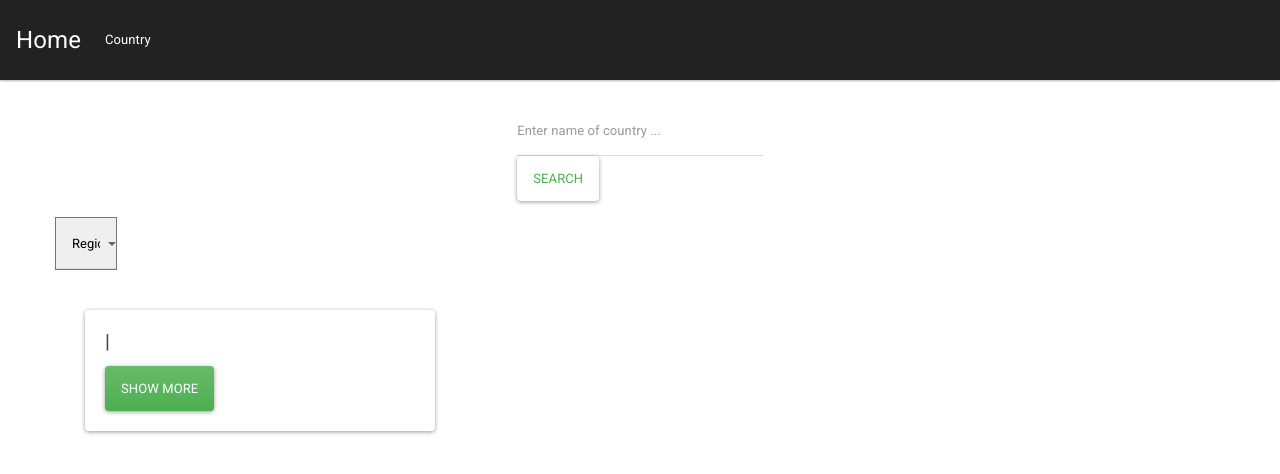
Repository: abdelhak-f/Countries_React
Page: / (app in client/)
These files come from the project's save history. The page is drawn as it stood at one moment and after the next save; the edit follows.
The browser window is 1280 px wide. The pictures show the whole page.
The page's requests for data from a server got no answer. The project was rebuilt for these pictures with package versions that can differ from the ones it lists, and the page was loaded fresh each time. No one was signed in, and anything a server would have sent is missing. Also part of the build but not shown: client/src/components/countrys/ProfilCountry.jsx.

Above is the page before, as saved 2021-05-12 10:45:10.

After the next save:
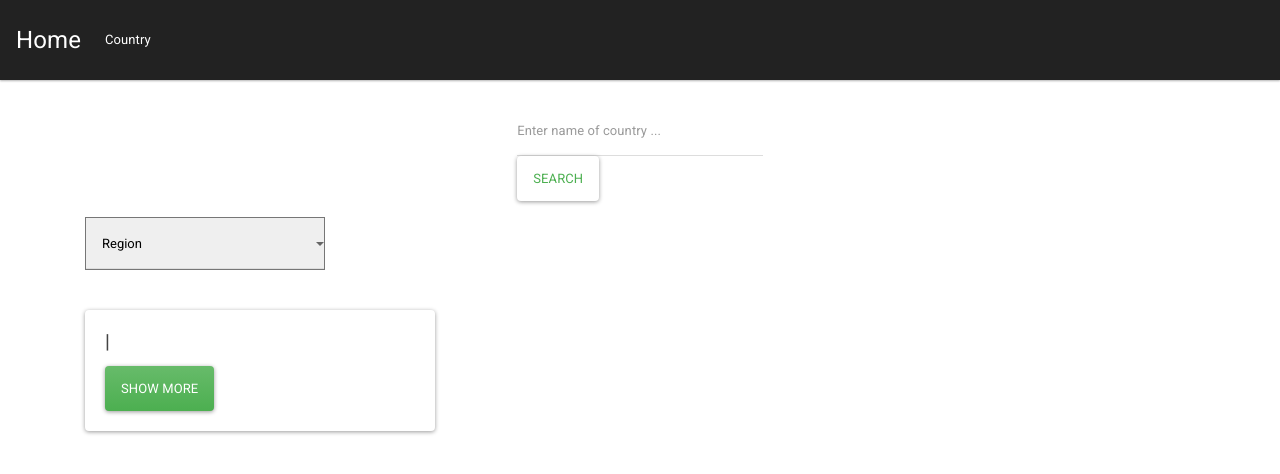
Saved 26 s later.
--- a/client/src/components/AllCountries.jsx
+++ b/client/src/components/AllCountries.jsx
@@ -47,7 +47,7 @@ class AllCountries extends Component  {
               <div className="col-md-12">
        <SearchCountry getCountrySearch={this.searchCountry} />
               </div>
-              <div className="row">
+              <div className="col-4">
        <ContinentRegion />
               </div>
           </div>
